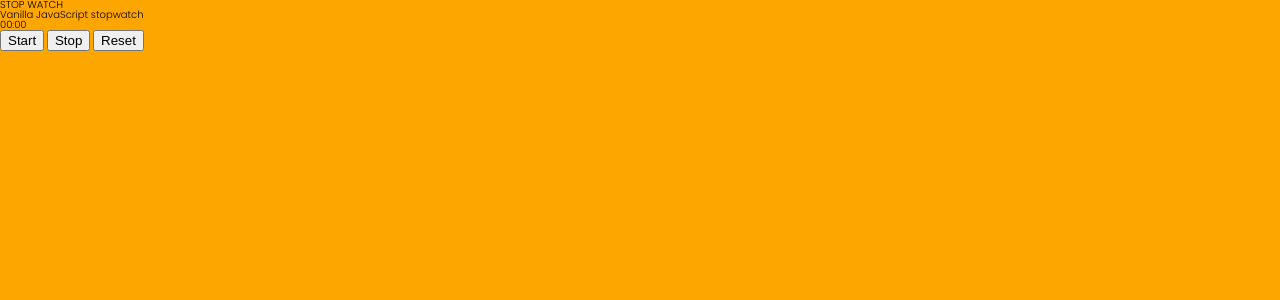
Repository: minhvtQA/stopwatch
Page: index.html
The author's editor kept a copy of each file at every save. The page is drawn from the files as they stood at one save, then again after the next save.
The browser window is 1280 px wide. The pictures show the whole page.

Above is the page before, as saved 2021-11-04 07:05:03.

### index.html
<!DOCTYPE html>
<html lang="en">
<head>
    <meta charset="UTF-8">
    <meta http-equiv="X-UA-Compatible" content="IE=edge">
    <meta name="viewport" content="width=device-width, initial-scale=1.0">
    <title>Document</title>

    <link rel="stylesheet" href="reset.css">
    <link rel="stylesheet" href="styles.css">
    <link href="https://fonts.googleapis.com/css2?family=Poppins:wght@100;300;700&display=swap" rel="stylesheet">
    <link rel="stylesheet" href="https://cdnjs.cloudflare.com/ajax/libs/font-awesome/6.0.0-beta2/css/all.min.css" integrity="sha512-YWzhKL2whUzgiheMoBFwW8CKV4qpHQAEuvilg9FAn5VJUDwKZZxkJNuGM4XkWuk94WCrrwslk8yWNGmY1EduTA==" crossorigin="anonymous" referrerpolicy="no-referrer" />
    <script src=""></script>
</head>
<body>
    <div class="wrapper">
        <h2>STOP WATCH</h2>
        <h2>Vanilla JavaScript stopwatch</h2>
        <p><span class="second">00</span>:<span class="tens">00</span></p>
        <button id="button-start">Start</button>
        <button id="button-stop">Stop</button>
        <button id="button-reset">Reset</button>
    </div>

</body>
</html>

### styles.css
html {
  font-size: 62.5%;
  font-family: "Poppins", sans-serif;
}

body {
  background-color: #fea600;
}

Loaded but not shown: reset.css (common file)

After the next save:
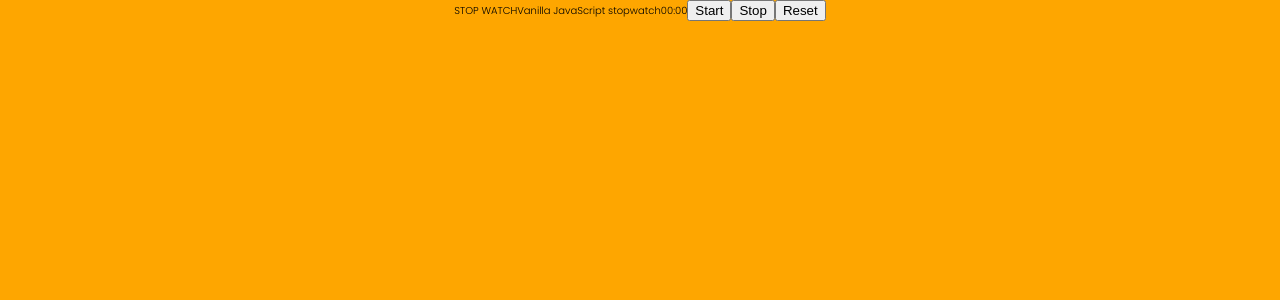
Saved 45 s later.
--- a/styles.css
+++ b/styles.css
@@ -6,3 +6,9 @@ html {
 body {
   background-color: #fea600;
 }
+
+.wrapper {
+  display: flex;
+  align-items: center;
+  justify-content: center;
+}
